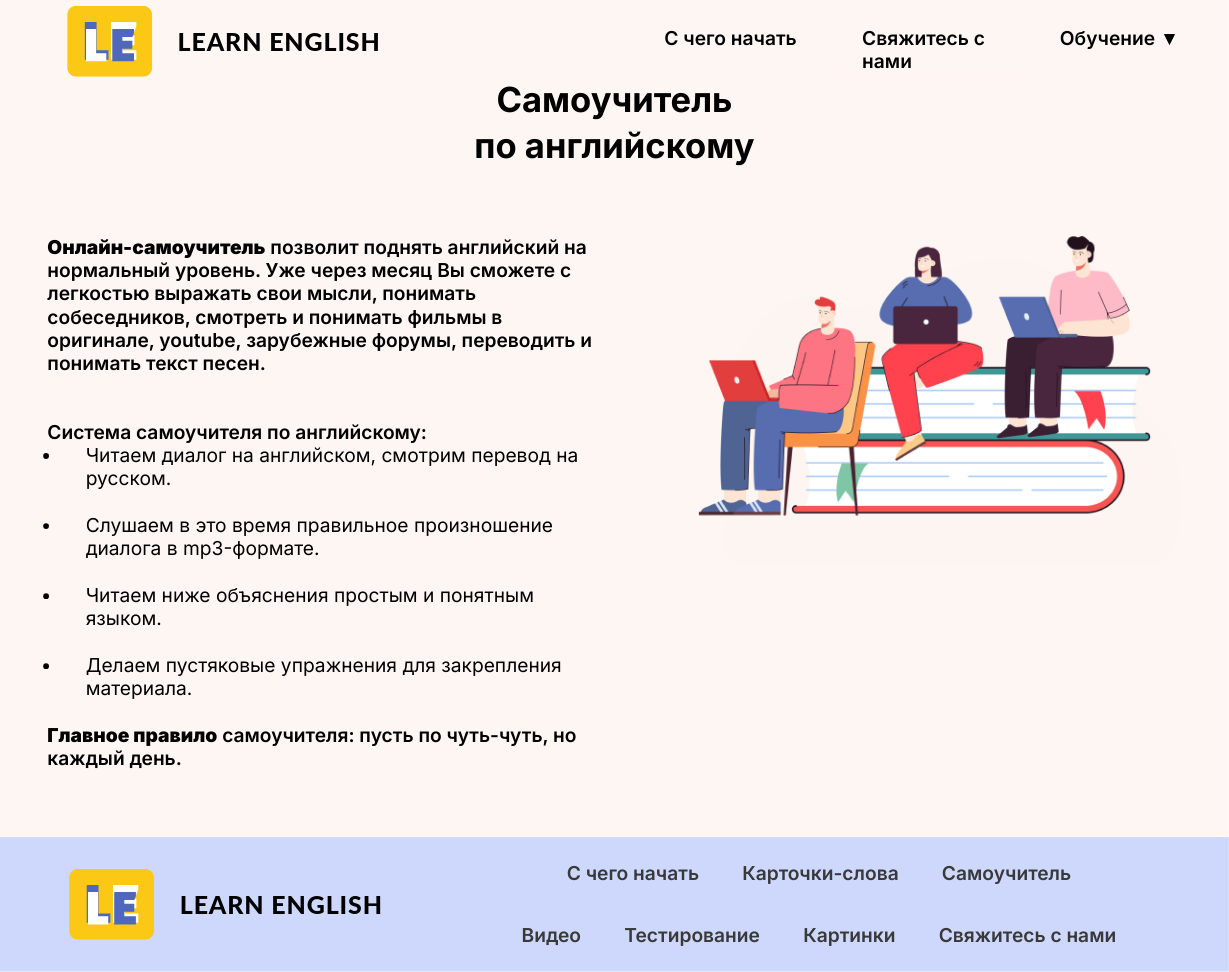
Repository: WladimirVA/Diplom
Page: scool/lesson.html
An editor plug-in stored every save of this project. The page is shown before and after the next save, followed by the edit.
The browser window is 1280 px wide. The pictures show the whole page, at 96% of full size.

Above is the page before, as saved 2023-07-19 16:25:24.

After the next save:
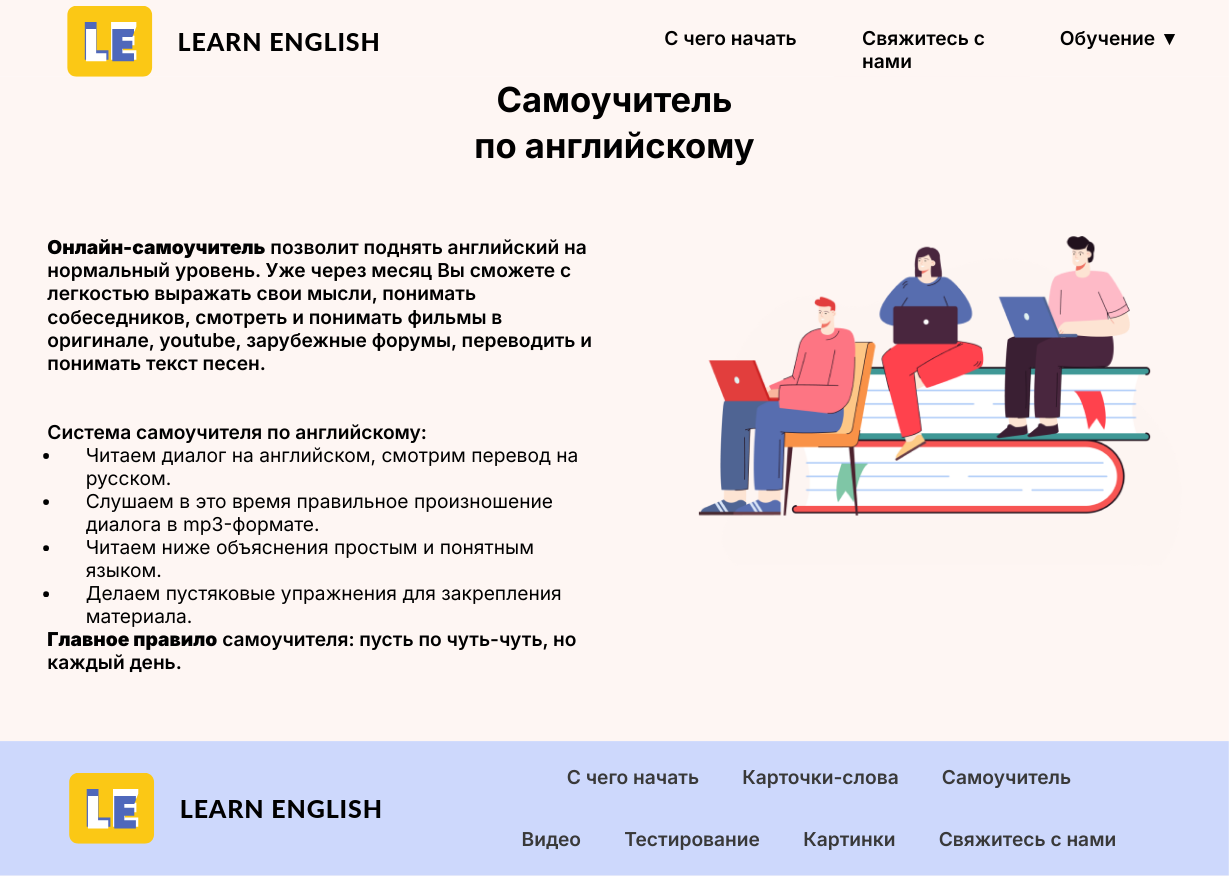
Saved 18 s later.
--- a/scool/css/lesson.css
+++ b/scool/css/lesson.css
@@ -40,5 +40,5 @@
     line-height: 24px;
     letter-spacing: 0em;
     text-align: left;
-    padding: 0 0 25px 25px;
+    padding: 0 0 0 25px;
 }
